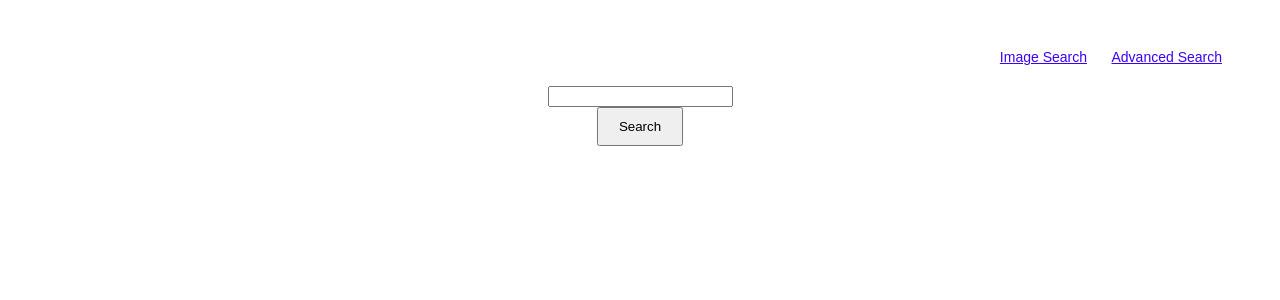
Repository: lyutok/cs50-search-project
Page: google.html
The author's editor kept a copy of each file at every save. The page is drawn from the files as they stood at one save, then again after the next save.
The browser window is 1280 px wide. The pictures show the whole page.
The style sheet was rebuilt from its Sass, Less or Tailwind sources for each picture, by a compiler version that may differ from the author's.

Above is the page before, as saved 2025-07-05 19:11:43.

After the next save:
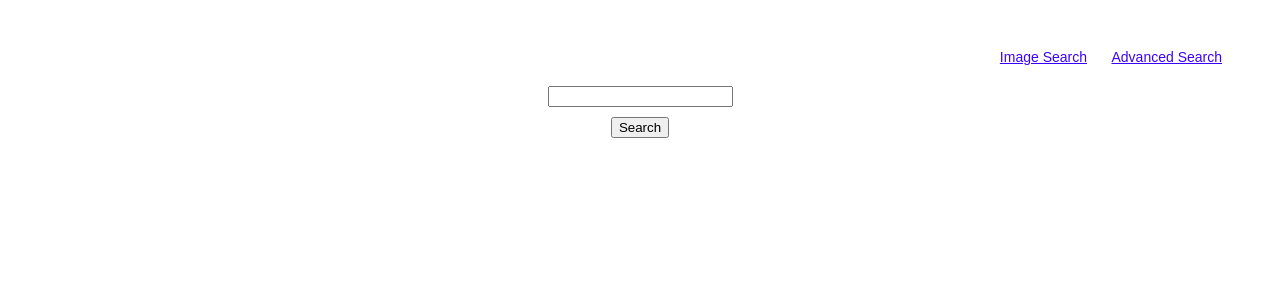
Saved 39 s later.
--- a/styles.scss
+++ b/styles.scss
@@ -18,5 +18,5 @@ body {
 }
 
 button {
-    padding: 10px 20px;
+    margin: 10px;
 }
